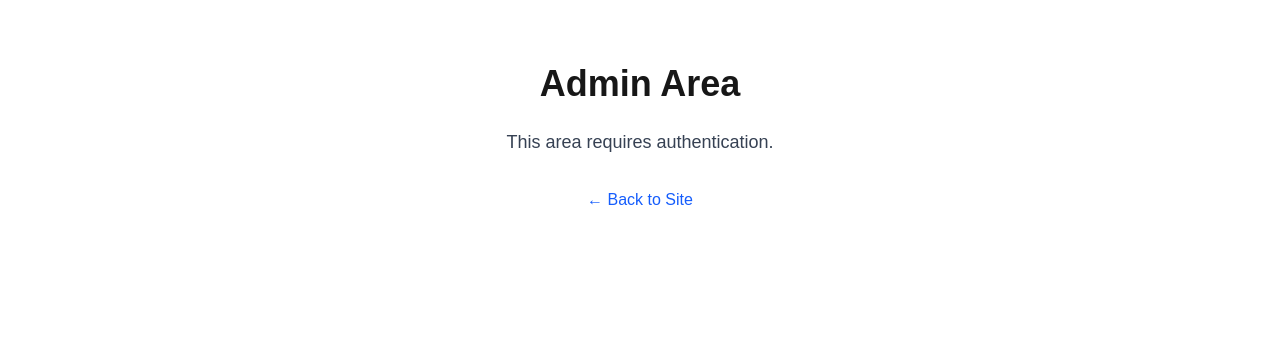
Repository: b0ase/robust-ae.com
Page: /admin
An editor plug-in stored every save of this project. The page is shown before and after a run of saves, followed by the edit.
The browser window is 1280 px wide. The pictures show the whole page.
The project was rebuilt for these pictures with package versions that can differ from the ones it lists, and the page was loaded fresh each time. The framework's server and built-in components were replaced by stand-ins that run in the browser. Also part of the build but not shown: next.config.ts.

Above is the page before, as saved 2025-05-04 23:07:03.

After the next 2 saves:
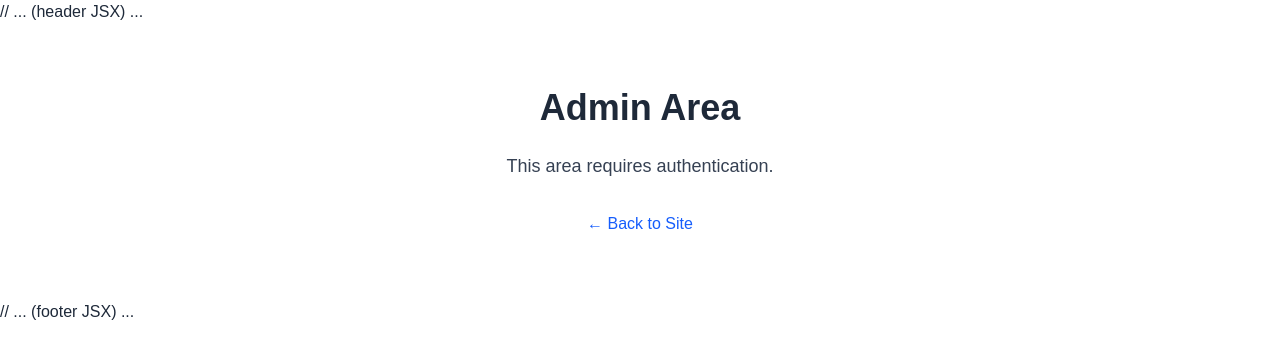
The 2 saves are shown as one change because they came seconds apart.
The last was saved 54 s later.
--- /dev/null
+++ b/src/app/admin/layout.tsx
@@ -0,0 +1,6 @@
+import SharedLayout from '../shared-layout';
+
+export default function AdminLayout({ children }: { children: React.ReactNode }) {
+  // You might want to add admin-specific checks or context here later
+  return <SharedLayout>{children}</SharedLayout>;
+}
